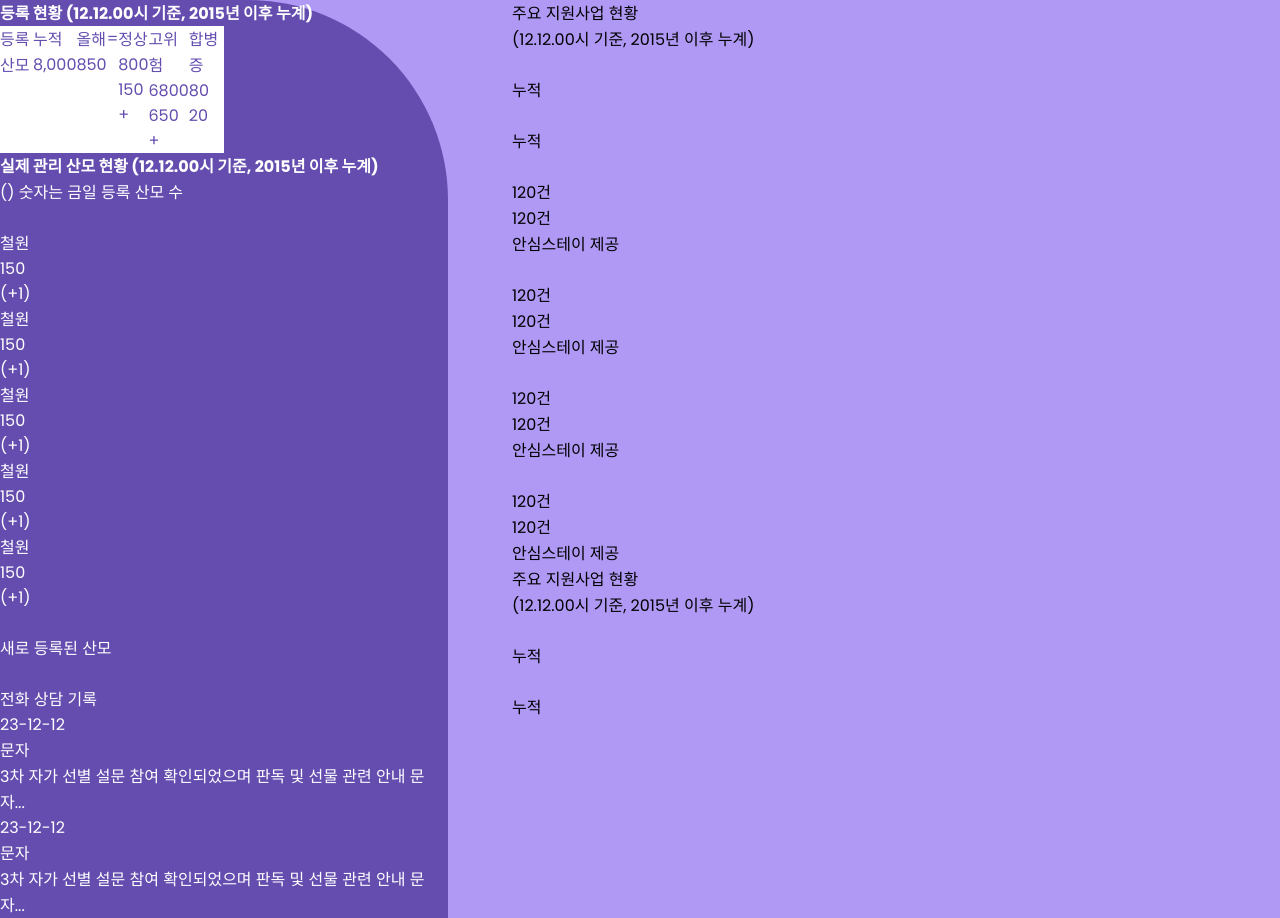
Repository: giapchicuong/Perganancy_Web
Page: index.html
An editor plug-in stored every save of this project. The page is shown before and after the next save, followed by the edit.
The browser window is 1280 px wide. The pictures show the whole page.

Above is the page before, as saved 2024-03-06 12:42:35.

After the next save:
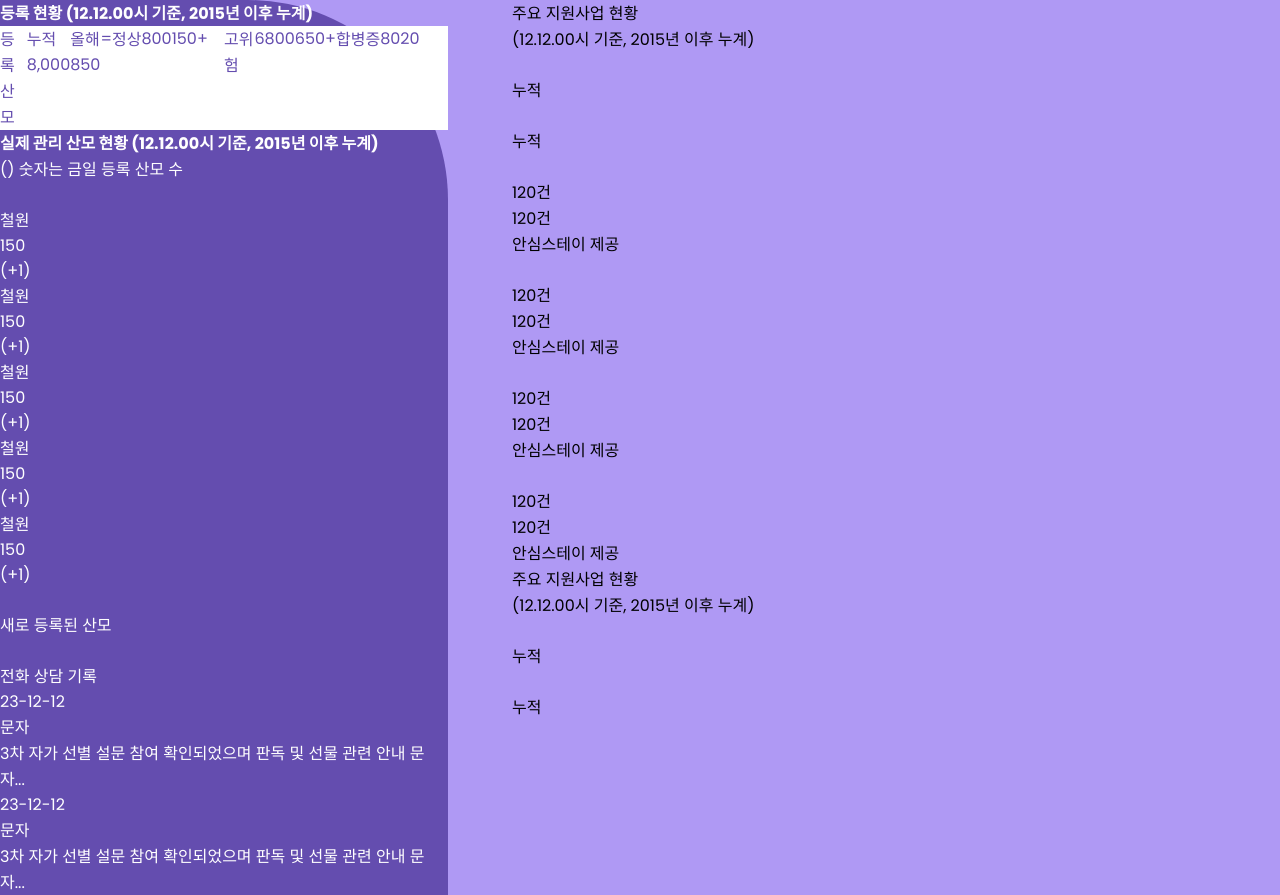
Saved 112 s later.
--- a/index.html
+++ b/index.html
@@ -31,12 +31,12 @@
                                     <div class="advertising-left__item-desc-text">누적</div>
                                     <div class="advertising-left__item-desc-number">8,000</div>
                                 </div>
-                                <div class="advertising-left__item-bottom">
-                                    <div class="advertising-left__item-bottom-text">올해</div>
-                                    <div class="advertising-left__item-bottom-number">850</div>
-                                </div>
-                                <div class="calculation">=</div>
-                            </div>
+                            </div>
+                            <div class="advertising-left__item-bottom">
+                                <div class="advertising-left__item-bottom-text">올해</div>
+                                <div class="advertising-left__item-bottom-number">850</div>
+                            </div>
+                            <div class="calculation">=</div>
                         </div>
                         <div class="advertising-left__item">
                             <div class="advertising-left__item-title">정상</div>
--- a/assets/style.css
+++ b/assets/style.css
@@ -19,6 +19,9 @@
 
 }
 .advertising-left__item-list{
+    display: flex;
+}
+.advertising-left__item{
     display: flex;
     width: 50%;
     background-color: var(--white);
